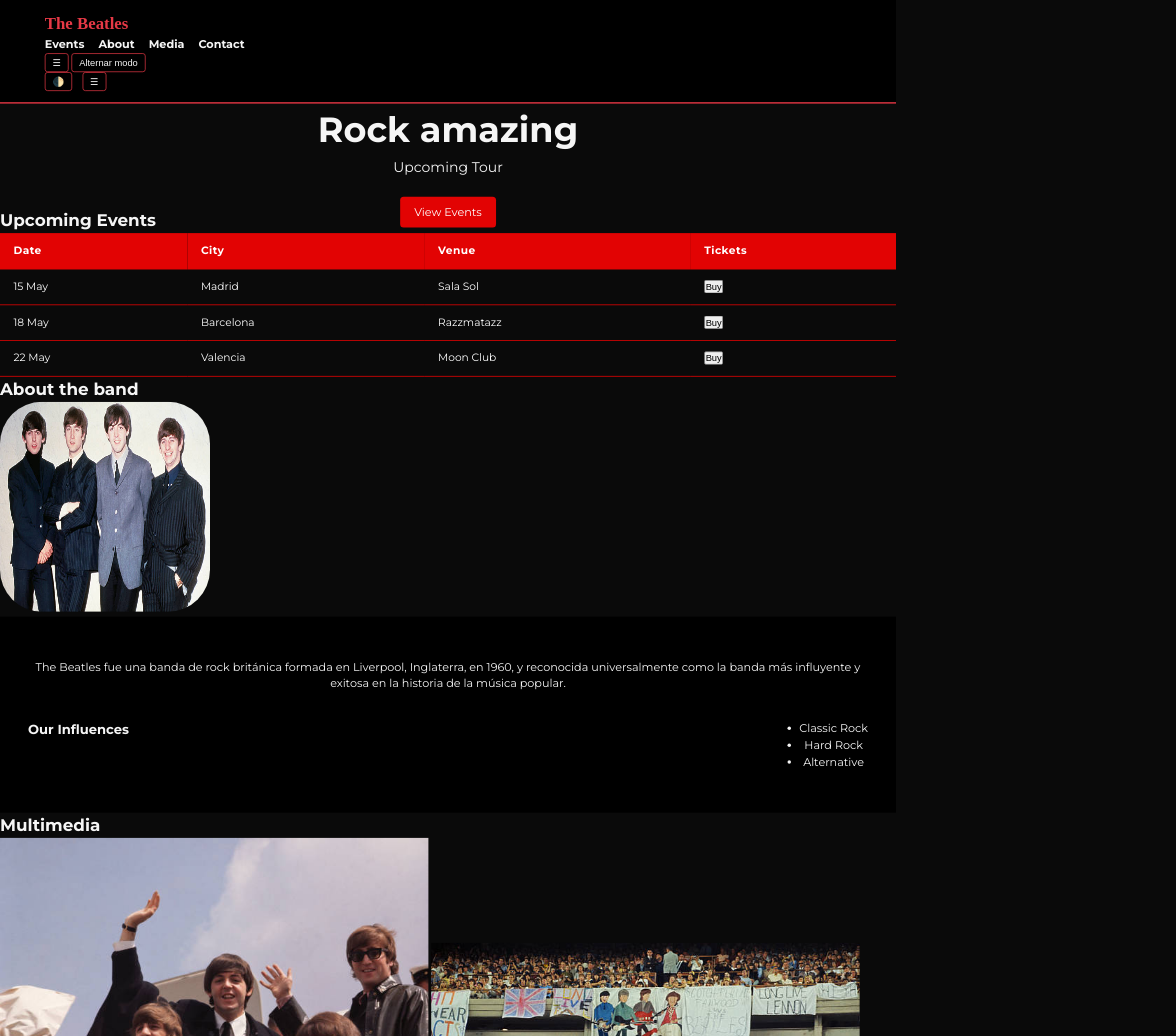
Repository: keiner-dev/Prueba_Desempe-o
Page: index.html
The author's editor kept a copy of each file at every save. The page is drawn from the files as they stood at one save, then again after the next save.
The browser window is 1280 px wide. The page is 1280 px wide, then 1680 px, so the pictures cover 1680 px, including what lies to the right of the window. The pictures show the part of the page from y = 0 to 1480 px (the page is 2814 px tall), at 70% of full size.
Some web fonts or font styles are not loaded; a fallback is used.

Above is the page before, as saved 2026-04-27 15:30:59.

### index.html
<!DOCTYPE html>
<html lang="en">
<head>
    <meta charset="UTF-8">
    <meta name="viewport" content="width=device-width, initial-scale=1.0">
    <title>The Beatles</title>
    <link href="https://fonts.googleapis.com/css2?family=Montserrat:wght@400;700;900&family=Rock+Salt&display=swap" rel="stylesheet">
    <link rel="stylesheet" href="styles.css">
    <script src="script.js"></script>
</head>
<body>
    <header class="header">
        <div class="container_header__inner">
            <div class="logo">
                <span class="logo">The Beatles</span>
        </div>
            </div>

            <nav class="nav">
                <ul class="nav_list">
                    <li><a href="#events">Events</a></li>
                    <li><a href="#about">About</a></li>
                    <li><a href="#media">Media</a></li>
                    <li><a href="#contact">Contact</a></li>
                </ul>
            </nav>

            <button class="menu-toggle">☰</button>
            <button class="alternarModo">Alternar modo</button>
            <div class="header_actions">
                <button class="alternarModo" aria-label="Toggle Theme">🌓</button>
                <button class="menu-toggle" id="mobile-menu-btn">☰</button>
            </div>
        </div>
    </header>

    <main>
        <!--hero-->
        <section class="hero">
            <div class="hero_overlay">
                <h2>Rock amazing</h2>
                <p>Upcoming Tour</p>
                <a href="#events" class="btn">View Events</a>
            </div>
        </section>

        <section id="events" class="events_container">
            <h2>Upcoming Events</h2>

            <table class="events__table">
                <thead>
                    <tr>
                        <th>Date</th>
                        <th>City</th>
                        <th>Venue</th>
                        <th>Tickets</th>
                    </tr>
                </thead>
                <tbody>
                    <tr>
                        <td>15 May</td>
                        <td>Madrid</td>
                        <td>Sala Sol</td>
                        <td><button>Buy</button></td>
                    </tr>
                    <tr>
                        <td>18 May</td>
                        <td>Barcelona</td>
                        <td>Razzmatazz</td>
                        <td><button>Buy</button></td>
                    </tr>
                    <tr>
                        <td>22 May</td>
                        <td>Valencia</td>
                        <td>Moon Club</td>
                        <td><button>Buy</button></td>
                    </tr>
                </tbody>
            </table>
        </section>

        <!--About-->
        <section id="about" class="about_container">
            <h2>About the band</h2>

            <div class="about_content">
                <img src="./assets/img/beatles.jpg" alt="the beatles">

                <article class="sobre">
                    <p>
                        The Beatles fue una banda de rock británica formada en Liverpool, Inglaterra, en 1960, y reconocida universalmente como la banda más influyente y exitosa en la historia de la música popular.
                    </p>

                    <h3>Our Influences</h3>
                    <ul>
                        <li>Classic Rock</li>
                        <li>Hard Rock</li>
                        <li>Alternative</li>
                    </ul>
                </article>
            </div>
        </section>

        <!--Media-->
        <section id="media" class="media_container">
        <section id="media" class="media_container reveal">
            <h2>Multimedia</h2>

            <div class="media_grid">
                <img src="./assets/img/img-1.jpg" alt="">
                <img src="./assets/img/img-2.jpg" alt="">
                <img src="./assets/img/img-3.jpg" alt="">
                <img src="./assets/img/img-4.jpg" alt="">
                <img src="./assets/img/img-5.jpg" alt="">
                <img src="./assets/img/img-6.jpg" alt="">
            </div>
        </section>
    </main>

    <!--Footer-->
    <footer id="contact" class="footer">
        <div class="container_footer">
            <p>© <span id="year"></span> The Beatles</p>

            <ul class="social">
                <li><a href="#">Instagram</a></li>
                <li><a href="#">Youtube</a></li>
                <li><a href="#">Spotify</a></li>
            </ul>
        </div>
    </footer>
    <script src="script.js"></script>
</body>
</html>



haz esa prueba con con etiquetas basicas y atributos intermedio, con variables con nombres faciles y basandote en el diseño de la imagen que te pase, haz un archivo y mandamelo

### styles.css
/* General Variables */
:root {
    --primary-color: #e63946;
    --bg-dark: #0a0a0a;
    --bg-light: #1a1a1a;
    --text-light: #f5f5f5;
    --accent-color: #e20303;
}

* {
    margin: 0;
    padding: 0;
    box-sizing: border-box;
}
a {
    text-decoration: none;
}


body {
    font-family: 'Montserrat', sans-serif;
    background-color: var(--bg-dark);
    color: var(--text-light);
    line-height: 1.5;
    overflow-x: hidden;
    transition: var(--transition);
}

/* Header & Nav */
.header {
    background-color: #000;
    padding: 1rem 5%;
    position: sticky;
    top: 0;
    z-index: 1000;
    border-bottom: 2px solid var(--primary-color);
}

.container_header__inner {
    display: flex;
    justify-content: space-between;
    align-items: center;
}

.logo {
    font-family: 'Rock Salt', cursive;
    font-size: 1.5rem;
    font-weight: bold;
    color: var(--primary-color);
}

.header_actions {
    display: flex;
    gap: 15px;
    align-items: center;
}

.alternarModo, .menu-toggle {
    background: none;
    border: 1px solid var(--primary-color);
    color: var(--text-light);
    padding: 5px 10px;
    cursor: pointer;
    border-radius: 4px;
}

.nav_list {
    display: flex;
    list-style: none;
    gap: 20px;
}

.nav_list a {
    text-decoration: none;
    color: var(--text-light);
    font-weight: 600;
    transition: var(--transition);
}

.nav_list a:hover {
    color: var(--accent-color);
}

.hero_overlay h2{
    font-size: 50px;
    font-weight: 30px;
    text-align: center;
}

.hero_overlay p {
    font-size: 20px;
    text-align: center;
}

.hero_overlay a {
    text-align: center;
    background-color: #e20303;
    color: #fff;
    padding: 10px 20px;
    border-radius: 5px;
    text-decoration: none;
    display: inline-block;
    transition: var(--transition);
}

section .btn {
    position: relative;
    top: 50px;
    left: 50%;
    transform: translate(-50%, -50%);
    color: white;
    text-align: center;
}

.events__table {
    width: 100%;
    border-collapse: collapse;
    font-size: 0.95rem;
    min-width: 550px;

}

.events__table thead{
    border-radius: 23px;
    background-color: #e20303;
    color: white;
    text-align: left;
}

.events__table th {
    padding: 0.9rem 1.2rem;
    text-align: left;
    font-weight: 700;
    letter-spacing: 0.04rem;
}

.events__table td {
    padding: 0.85rem 1.2rem;
    border-bottom: 1px solid #ff0000;
    color: white;
    transition: 0.3s ease;
}

.events__table tbody tr:hover td {
    color: white;
    background-color: #e20303
}

.about_content img {
    height: 300px;
    width: 300px;
    border-radius: 20%;
}

.sobre {
    justify-content: space-between;
    top: 0;
    left:px;
    display: flex;
    flex-wrap: wrap;
    text-align: center;
    gap: 40px;
    padding: 60px 40px;
    background-color: rgb(0, 0, 0);
    position: relative;
}

Loaded but not shown: script.js (no stored copy; drawn as an empty file)

After the next save:
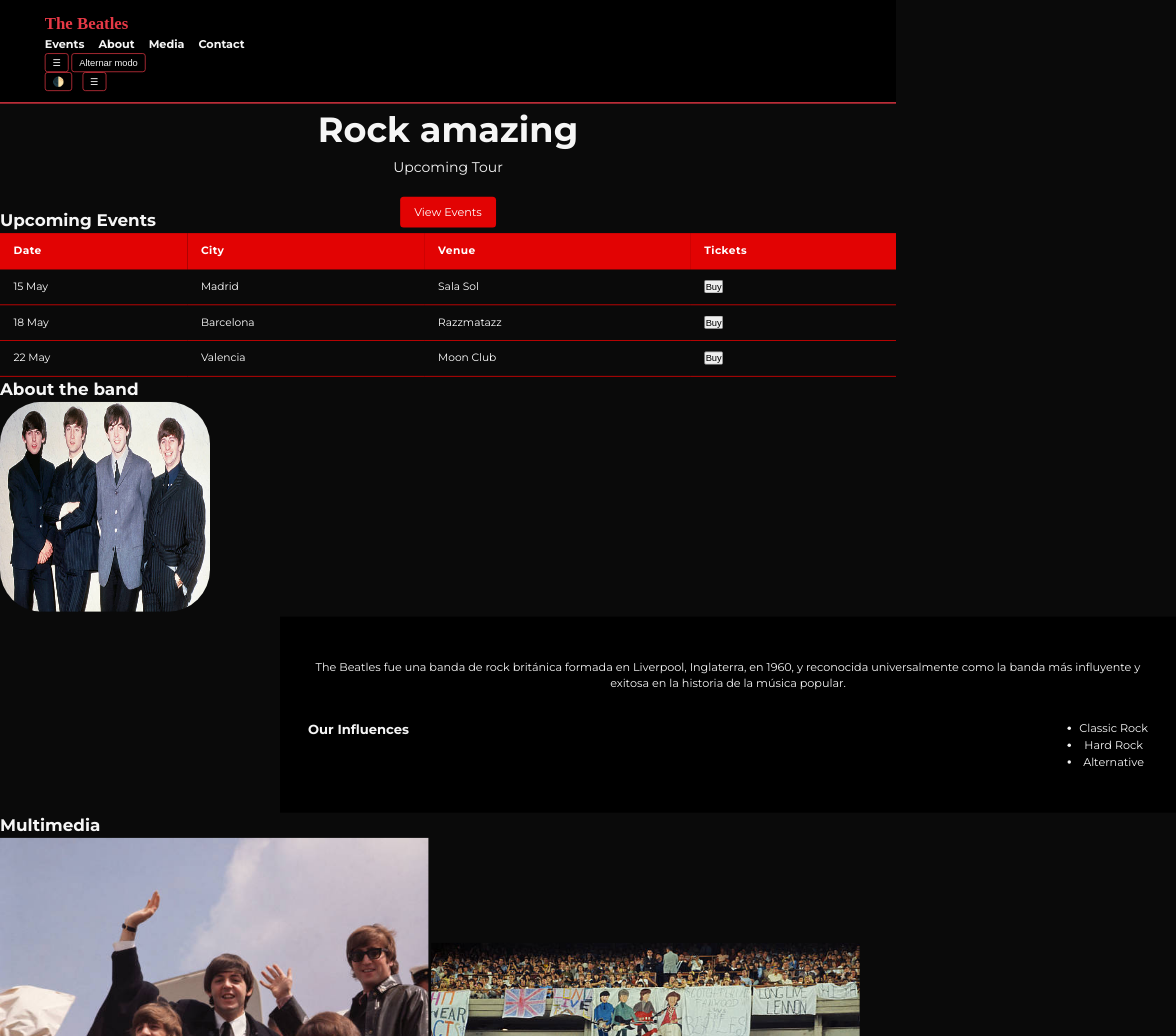
Saved 5 s later.
--- a/styles.css
+++ b/styles.css
@@ -155,7 +155,7 @@
 .sobre {
     justify-content: space-between;
     top: 0;
-    left:px;
+    left:400px;
     display: flex;
     flex-wrap: wrap;
     text-align: center;
